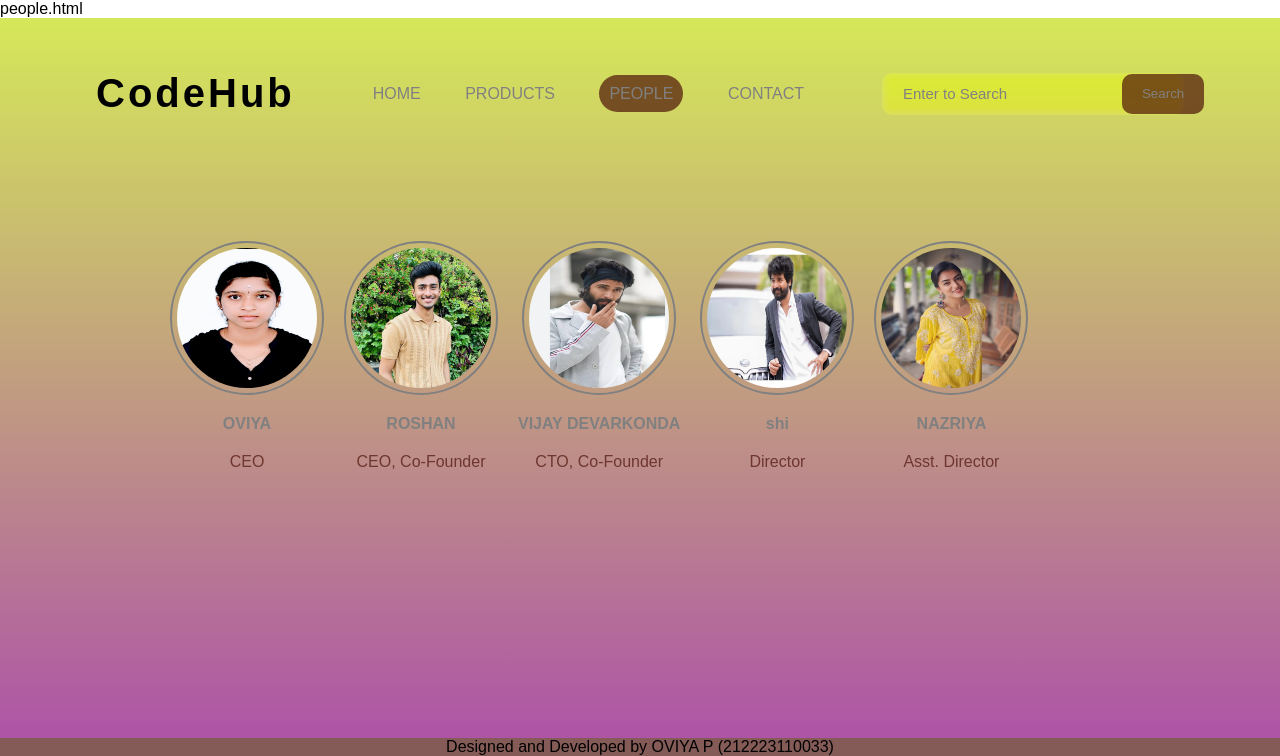
Repository: Oviya24032K6/softweb
Page: oviya/softapp/static/people.html
The author's editor kept a copy of each file at every save. The page is drawn from the files as they stood at one save, then again after the next save.
The browser window is 1280 px wide. The pictures show the whole page.

Above is the page before, as saved 2024-04-24 06:33:48.

### oviya/softapp/static/people.html


people.html

<html>
    <head>
        <meta name="viewport" content="width=device-width, initial-scale=1.0">
        <title> people page </title>
        <style type="text/css">
            * {
                margin: 0;
                padding: 0;
                font-family: Arial, Helvetica, sans-serif;
            }
            .banner {
                width: 100%;
                height: 100vh;
                background-image: linear-gradient(rgba(199, 224, 33, 0.75),rgba(147, 27, 137, 0.75));
                background-size: cover;
                background-position: center;
            }
            .navbar {
                width: 85%;
                margin: auto;
                padding: 35px 0;
                display: flex;
                align-items: center;
                justify-content: space-between;
            }
            .bg-people {
                border: 1px;
                padding: 10px;
                color: gray;
                background-color:#490c05ac;
                border-radius: 30px;
            }
            .logo {
                color:C:\Users\poviy\softweb\oviya\softapp\static\home.html;
                font-size: 40px;
                font-weight: 700;
                letter-spacing: 3px;
            }
            span {
                color: gray;
            }
            form {
                width: 300px;
                height: 40px;
                display: flex;
                background: rgba(255, 255, 255, 0.2);
                padding: 1px 1px;
                font-size: 15px;
                border-radius: 10px;
                backdrop-filter: blur(4px) saturate(180%);
            }
            form input {
                background: transparent;
                flex: 1;
                border: 0;
                outline: none;
                padding: 12px 20px;
                font-size: 15px;
                color: gray;
            }
            ::placeholder {
                color: gray;
            }
            form button {
                border: 0;
                outline: none;
                padding: 5px 20px;
                color: gray;
                border-radius: 10px;
                background:#490c05ac;
                cursor: pointer;
            }
            .navbar li {
                list-style: none;
                display: inline-block;
                margin: 0 20px;
                position: relative;
            }
            .navbar li a {
                text-decoration: none;
                color: gray;
                text-transform: uppercase;
            }
            .navbar li:hover {
                border: 1px;
                padding: 10px;
                color: gray;
                background-color:#490c05ac;
                transition: 0.5s;
                cursor: pointer;
                border-radius: 30px;
            }
            .image {
                position: relative;
                border: 0;
                top: 70px;
                background: transparent;
            }
            .image table {
                border: 0;
                color: gray;
                position: relative;
                left: 150px;
            }
            .image table img {
                height: 140px;
                width: 140px;
                border: 2px solid gray;
                padding: 5px;
                border-radius: 50%;
            }
            .image table td {
                color:#490c05ac;
            }
            footer {
                background-color:#490c05ac;
                margin-top: auto;
            }
        </style>
    </head>
<body>
    <div class="banner">
        <br>
        <div class="navbar">
            <h1 class="logo">CodeHub</h1>
            <ul>
                <li><a href="http://127.0.0.1:8000/static/home.html"> Home </a></li>
                <li><a href="http://127.0.0.1:8000/static/product.html"> Products </a></li>
                <li><a href="http://127.0.0.1:8000/static/people.html" class="bg-people"> People </a></li>
                <li><a href="http://127.0.0.1:8000/static/contact.html"> Contact </a></li>
            </ul>
            <form action="" method="get">
                <input type="text" placeholder="Enter to Search">
                <button type="submit"> Search </button>
            </form>
        </div>
        <div class="image">
            <table cellspacing="20">
                <tr align="center">
                    <td> <img src="oviya pic.jpg"> </td>
                    <td> <img src="roshhhh.jpg"> </td>
                    <td> <img src="vijay devarkonda.jpg"> </td>
                    <td> <img src="sk.jpg"> </td>
                    <td> <img src="nazriya.jpg"> </td>
                </tr>
                <tr align="center">
                    <th> OVIYA </th>
                    <th> ROSHAN</th>
                    <th> VIJAY DEVARKONDA</th>
                    <th> shi</th>
                    <th> NAZRIYA </th>
                </tr>
                <tr align="center">
                    <td> CEO </td>
                    <td> CEO, Co-Founder </td>
                    <td> CTO, Co-Founder </td>
                    <td> Director </td>
                    <td> Asst. Director </td>
                </tr>
            </table>
        </div>
    </div>
    <footer>
        <center> Designed and Developed by OVIYA P (212223110033) </center>
    </footer>
</body>
</html>

After the next save:
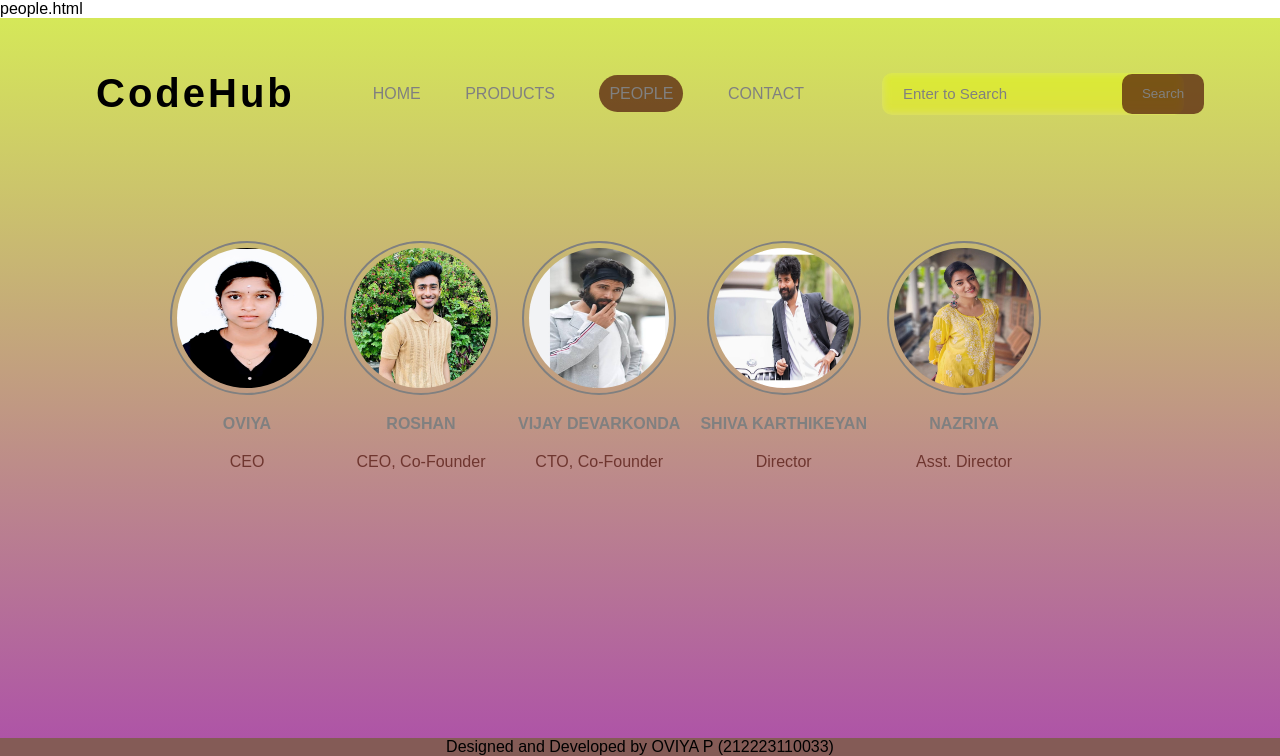
Saved 8 s later.
--- a/oviya/softapp/static/people.html
+++ b/oviya/softapp/static/people.html
@@ -151,7 +151,7 @@ people.html
                     <th> OVIYA </th>
                     <th> ROSHAN</th>
                     <th> VIJAY DEVARKONDA</th>
-                    <th> shi</th>
+                    <th> SHIVA KARTHIKEYAN</th>
                     <th> NAZRIYA </th>
                 </tr>
                 <tr align="center">
